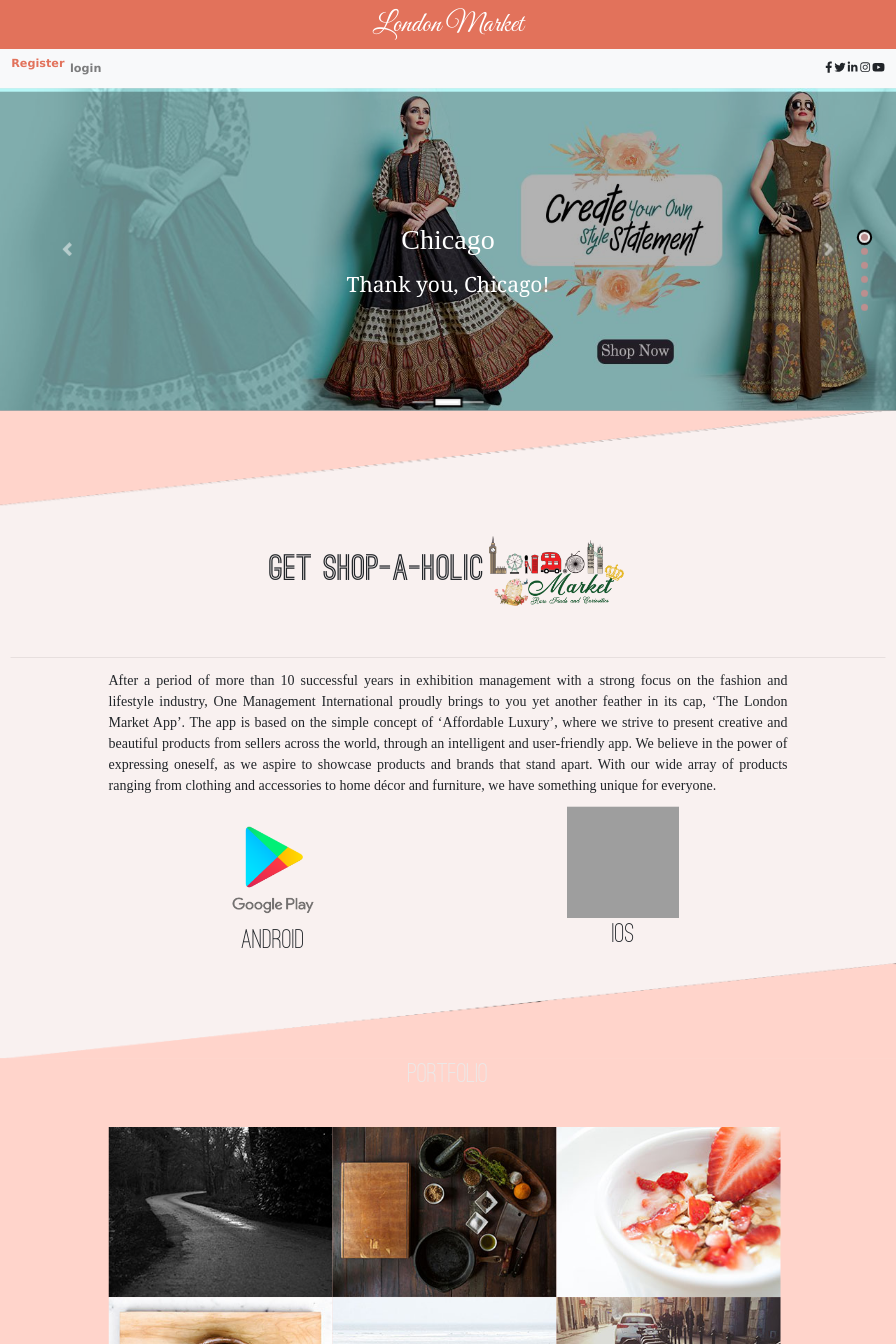
Repository: Demonster1999/newshoperrepo
Page: index.html
These files come from the project's save history. The page is drawn as it stood at one moment and after the next save; the edit follows.
The browser window is 1280 px wide. The pictures show the part of the page from y = 0 to 1920 px (the page is 4103 px tall before and 4088 px after), at 70% of full size.
Pictures or frames that could not be fetched are drawn as grey boxes. Some web libraries are served in a nearby version.

Above is the page before, as saved 2020-07-21 13:15:57.
Console error: TypeError: Cannot read properties of null (reading 'getContext')

### index.html
<!DOCTYPE html>
<head>
	<meta charset="UTF-8">
	<title>London Market</title>
	<meta name="keywords" content="" />
	<meta name="description" content="" />
    <meta name="viewport" content="width=device-width, initial-scale=1.0">
    <!--
    	Roller Template
		http://www.london-market.com/preview/london-market_424_roller
	-->
	<link rel="stylesheet" href="https://fonts.googleapis.com/css2?family=Great+Vibes">
	<link href="http://fonts.googleapis.com/css?family=Open+Sans:300,400,700" rel="stylesheet" type="text/css">
	<!-- <link href="css/font-awesome.min.css" rel="stylesheet">FontAwesome Icons -->
	<link rel="stylesheet" href="https://cdnjs.cloudflare.com/ajax/libs/font-awesome/5.14.0/css/all.min.css"
		integrity="sha512-1PKOgIY59xJ8Co8+NE6FZ+LOAZKjy+KY8iq0G4B3CyeY6wYHN3yt9PW0XpSriVlkMXe40PTKnXrLnZ9+fkDaog=="
		crossorigin="anonymous" />
	<link rel="stylesheet" href="https://maxcdn.bootstrapcdn.com/bootstrap/4.0.0/css/bootstrap.min.css" integrity="sha384-Gn5384xqQ1aoWXA+058RXPxPg6fy4IWvTNh0E263XmFcJlSAwiGgFAW/dAiS6JXm" crossorigin="anonymous">
	<link rel="stylesheet" href="fonts/ostrich-sans.css">
	<link href="css/LondonMarket.css" rel="stylesheet" type="text/css">
	<link rel="stylesheet" href="css/into-to-app.css">
	<link rel="stylesheet" href="css/navbar.css">
	<link rel="stylesheet" href="css/carousel.css">

</head>
<body>
	<nav class="navbar custom-nav sticky-top p-0 m-0 ">
		<a class="navbar-brand mx-auto text-white" style="font-family: Great Vibes; font-size: 40px;" href="#">London Market</a>

	  </nav>

	<nav class="navbar third-nav navbar-expand-lg navbar-light bg-light">

		<button class="navbar-toggler navbar-toggler-icon" type="button" data-toggle="collapse" data-target="#navbarSupportedChontent"
			aria-controls="navbarSupportedContent" aria-expanded="false" aria-label="Toggle navigation">
			<span class=""></span>
		</button>


		<div class="collapse navbar-collapse" id="navbarSupportedContent">
			<ul class="navbar-nav mr-auto text-center">

				<li class="">
					<a class=" " href="#">Register</a>
				</li>
				<li class="nav-item ">
					<a class="nav-link" href="#">login</a>
				</li>


		</div>
		<div class="  mx-auto ">
			<!-- social icons  -->
			<button class="fab fa-facebook-f"></button>
			<button class="fab fa-twitter"></button>
			<button class="fab fa-linkedin-in"></button>
			<button class="fab fa-instagram"></button>
			<button class="fab fa-youtube"></button>
		</div>
	</nav>


	<!-- nav with dots  -->
	<nav class="nav">
        <ul>
            <li class="dot1 active" id="ec1" data-toggle="tooltip" data-placement="left" title="Tooltip on left"></li>
            <li class="dot2" id="ec2" data-toggle="tooltip" data-placement="left" title="Tooltip on left"></li>
            <li class="dot3" id="ec3"  data-toggle="tooltip" data-placement="left" title="Tooltip on left"></li>
			<li class="dot4" id="ec4"  data-toggle="tooltip" data-placement="left" title="Tooltip on left"></li>
			<li class="dot5" id="ec5"  data-toggle="tooltip" data-placement="left" title="Tooltip on left"></li>
			<li class="dot5" id="ec5"  data-toggle="tooltip" data-placement="left" title="Tooltip on left"></li>
        </ul>
    </nav>

		<section class="" id="home">
			<div id="demo" class="carousel slide" data-ride="carousel">
				<ul class="carousel-indicators">
					<li data-target="#demo" data-slide-to="0" class="active"></li>
					<li data-target="#demo" data-slide-to="1"></li>
					<li data-target="#demo" data-slide-to="2"></li>
					<!-- <li data-target="#demo" data-slide-to="3"></li> -->
				</ul>
				<div class="carousel-inner">
					<div class="carousel-item active">
						<img src="images/carousel/carousel1.jpg" alt="Los Angeles"   >
						<div class="carousel-caption">
							<h3>Los Angeles</h3>
							<p>We had such a great time in LA!</p>
						</div>
					</div>
					<div class="carousel-item">
						<img src="images/carousel/carousel4.jpg" alt="Chicago"  >
						<div class="carousel-caption">
							<h3>Chicago</h3>
							<p>Thank you, Chicago!</p>
						</div>
					</div>
					<div class="carousel-item">
						<img src="images/carousel/cp11.jpg" alt="Chicago" >
						<div class="carousel-caption">
							<h3>Chicago</h3>
							<p>Thank you, Chicago!</p>
						</div>
					</div>
					<!-- <div class="carousel-item">
						<img src="images/images/lmimages/Adobe_20200716_143015.png" alt="Chicago">
						<div class="carousel-caption">
							<h3>Chicago</h3>
							<p>Thank you, Chicago!</p>
						</div>
					</div> -->
					<!-- <div class="carousel-item">
						<img src="images/carousel/carousel3.jpg" alt="New York" class=" w-100" style="height: 300px; max-height: 500px;">
						<div class="carousel-caption">
							<h3>New York</h3>
							<p>We love the Big Apple!</p>
						</div>
					</div> -->
				</div>
				<a class="carousel-control-prev" href="#demo" data-slide="prev">
					<span class="carousel-control-prev-icon"></span>
				</a>
				<a class="carousel-control-next" href="#demo" data-slide="next">
					<span class="carousel-control-next-icon"></span>
				</a>
			</div>
		</section>

<section class=" intro-to-app container-fluid">
	<img src="images/tm-border-black-top.png" class="w-100 img-top" alt="">
	<div class="container-fluid text-center ">
		<h1 class="mx-auto i "> Get Shop-a-holic</h1>
		<img src="images/images/lmimages/lm.png" class="p-0 m-0" width=200px height="200px" alt="" >

		<hr>


		<div class="container ">
			<p class="lead text-justify">After a period of more than 10 successful years in exhibition management with a strong focus on the fashion and
			lifestyle industry, One Management International proudly brings to you yet another feather in its cap, ‘The London
			Market App’.
			The app is based on the simple concept of ‘Affordable Luxury’, where we strive to present creative and beautiful
			products from sellers across the world, through an intelligent and user-friendly app. We believe in the power of
			expressing oneself, as we aspire to showcase products and brands that stand apart. With our wide array of products
			ranging from clothing and accessories to home décor and furniture, we have something unique for everyone.
</p>
               <div class="row">
<div class="col-md-6 p-2 text-center">
	<a href="https://play.google.com/store/apps/details?id=com.prpwebs.londonmarket" class="h1"> <img src="images/logos/play store.png" class=" " width="160px" height="160px" alt="play">
		<center> Android</center>
	</a>
</div>
<div class="col-md-6 text-center">
	<a href="" class="h1"> <img src="images/logos/hiclipart.com.png" class=" " width="160px" height="160px" alt="app">
		<center>ios</center>
	</a>

</div>
			   </div>

		</div>
	</div>
	<img src="images/tm-border-black-bottom.png" class="w-100 imgbottom" alt="">
</section>





		<section class="tm-dark-bg tm-section" id="portfolio">
			<div class="container">
				<div class="row">
					<div class="col-lg-12 col-md-12 col-sm-12 col-xs-12 text-center">
						<h1 class="tm-light-gray-text text-center text-uppercase">Portfolio</h1>
						<div class="tm-portfolio-images-container margin-top-50">
							<div class="tm-image-container">
								<div class="tm-portfolio-image-overlay text-center">
									<div class="absolute-center">
										<a href="#" class="fa fa-search"></a>
										<h2 class="text-uppercase tm-white-text">Lorem</h2>
										<p class="text-uppercase">sagittis</p>
									</div>
								</div>
								<img src="images/portfolio/01.jpg" alt="Portfolio 1">
							</div>
							<div class="tm-image-container">
								<div class="tm-portfolio-image-overlay">
									<div class="absolute-center">
										<a href="#" class="fa fa-search"></a>
										<h2 class="text-uppercase tm-white-text">Dimperdiet</h2>
										<p class="text-uppercase">Aliquam</p>
									</div>
								</div>
								<img src="images/portfolio/02.jpg" alt="Portfolio 2">
							</div>
							<div class="tm-image-container">
								<div class="tm-portfolio-image-overlay">
									<div class="absolute-center">
										<a href="#" class="fa fa-search"></a>
										<h2 class="text-uppercase tm-white-text">Pellentesque</h2>
										<p class="text-uppercase">noemer</p>
									</div>
								</div>
								<img src="images/portfolio/03.jpg" alt="Portfolio 3">
							</div>
							<div class="tm-image-container">
								<div class="tm-portfolio-image-overlay">
									<div class="absolute-center">
										<a href="#" class="fa fa-search"></a>
										<h2 class="text-uppercase tm-white-text">Aenean</h2>
										<p class="text-uppercase">pharetra</p>
									</div>
								</div>
								<img src="images/portfolio/04.jpg" alt="Portfolio 4">
							</div>
							<div class="tm-image-container">
								<div class="tm-portfolio-image-overlay">
									<div class="absolute-center">
										<a href="#" class="fa fa-search"></a>
										<h2 class="text-uppercase tm-white-text">condimentum</h2>
										<p class="text-uppercase">libero</p>
									</div>
								</div>
								<img src="images/portfolio/05.jpg" alt="Portfolio 5">
							</div>
							<div class="tm-image-container">
								<div class="tm-portfolio-image-overlay">
									<div class="absolute-center">
										<a href="#" class="fa fa-search"></a>
										<h2 class="text-uppercase tm-white-text">nulla</h2>
										<p class="text-uppercase">consectetur</p>
									</div>
								</div>
								<img src="images/portfolio/06.jpg" alt="Portfolio 6">
							</div>
							<div class="tm-image-container tm-show-hide">
								<div class="tm-portfolio-image-overlay">
									<div class="absolute-center">
										<a href="#" class="fa fa-search"></a>
										<h2 class="text-uppercase tm-white-text">Rondimentum</h2>
										<p class="text-uppercase">Sdui</p>
									</div>
								</div>
								<img src="images/portfolio/07.jpg" alt="Portfolio 7">
							</div>
							<div class="tm-image-container tm-show-hide">
								<div class="tm-portfolio-image-overlay">
									<div class="absolute-center">
										<a href="#" class="fa fa-search"></a>
										<h2 class="text-uppercase tm-white-text">imperdiet</h2>
										<p class="text-uppercase">Raugue</p>
									</div>
								</div>
								<img src="images/portfolio/08.jpg" alt="Portfolio 8">
							</div>
							<div class="tm-image-container tm-show-hide">
								<div class="tm-portfolio-image-overlay">
									<div class="absolute-center">
										<a href="#" class="fa fa-search"></a>
										<h2 class="text-uppercase tm-white-text">blandit</h2>
										<p class="text-uppercase">Aliquam</p>
									</div>
								</div>
								<img src="images/portfolio/09.jpg" alt="Portfolio 9">
							</div>
							<div class="tm-image-container tm-show-hide">
								<div class="tm-portfolio-image-overlay">
									<div class="absolute-center">
										<a href="#" class="fa fa-search"></a>
										<h2 class="text-uppercase tm-white-text">Praesent</h2>
										<p class="text-uppercase">Aliquam</p>
									</div>
								</div>
								<img src="images/portfolio/10.jpg" alt="Portfolio 10">
							</div>
							<div class="tm-image-container tm-show-hide">
								<div class="tm-portfolio-image-overlay">
									<div class="absolute-center">
										<a href="#" class="fa fa-search"></a>
										<h2 class="text-uppercase tm-white-text">Dimperdiet</h2>
										<p class="text-uppercase">Aliquam</p>
									</div>
								</div>
								<img src="images/portfolio/11.jpg" alt="Portfolio 11">
							</div>
							<div class="tm-image-container tm-show-hide">
								<div class="tm-portfolio-image-overlay">
									<div class="absolute-center">
										<a href="#" class="fa fa-search"></a>
										<h2 class="text-uppercase tm-white-text">Dimperdiet</h2>
										<p class="text-uppercase">Aliquam</p>
									</div>
								</div>
								<img src="images/portfolio/12.jpg" alt="Portfolio 12">
							</div>
						</div>
						<a href="javascript:;" class="tm-view-more tm-light-gray-text margin-top-50 text-center text-uppercase">View More</a>
					</div>
				</div>
			</div>
		</section> <!-- portfolio -->
		<section class="tm-section bg-white" id="testimonials" >
			<img src="images/tm-border-black-top.png" alt="Border" class="tm-border">
			<div class="container">
				<h1 class="text-uppercase text-center">Testimonials</h1>
				<div class="text-center margin-top-50 tm-testimonial-images-container">
					<div class="img-container">
						<div class="tm-img-circle-border absolute-center" data-comment="Sed velit elit, ornare cursus ex ac, tempor viverra mi. Vestibulum tincidunt egestas tellus, vel pharetra ante tincidunt sit amet. Vestibulum vitae velit eget metus interdum interdum." data-author="Jennifer Ves Tin" id="author1">
							<img src="images/testimonials/1.jpg" alt="Testimonial 1" class="img-circle tm-img-testimonial">
						</div>
					</div>
					<div class="img-container">
						<div class="tm-img-circle-border absolute-center" data-comment="Morbi posuere metus quam, vitae tempus nulla vehicula eu. Etiam vitae nunc faucibus, iaculis tellus eu, molestie turpis. Nam quis consequat leo. Nulla ac erat in libero porta commodo. Phasellus fringilla pharetra ullamcorper." data-author="Alicia Nulla Act" id="author2">
							<img src="images/testimonials/2.jpg" alt="Testimonial 2" class="img-circle tm-img-testimonial">
						</div>
					</div>
					<div class="img-container">
						<div class="tm-img-circle-border absolute-center active" data-comment="Suspendisse a maximus sem. Pellentesque consequat finibus metus a varius. Morbi placerat suscipit mi, in tincidunt ligula lobortis porttitor. Mauris mollis, ex sit amet sagittis elementum, tellus quam vestibulum ex, vitae cursus massa tortor et tortor." data-author="Dacilisis Luctus" id="author3">
							<img src="images/testimonials/3.jpg" alt="Testimonial 3" class="img-circle tm-img-testimonial">
						</div>

					</div>
					<div class="img-container">
						<div class="tm-img-circle-border absolute-center" data-comment="Donec laoreet nisl vel nisi posuere tempus quis at tortor. Curabitur egestas elementum est sit amet gravida. Quisque maximus diam eu turpis malesuada, in interdum massa efficitur. Vestibulum blandit pellentesque ipsum a fermentum. Duis id rutrum leo." data-author="Jessica Nisi Vel" id="author4">
							<img src="images/testimonials/4.jpg" alt="Testimonial 4" class="img-circle tm-img-testimonial">
						</div>
					</div>
					<div class="img-container">
						<div class="tm-img-circle-border absolute-center" data-comment="Integer aliquam nibh nulla, id elementum purus tempus quis. Etiam eu massa condimentum, consectetur turpis et, semper diam. Vivamus mauris ipsum, bibendum non tempor nec, ultricies a leo. Fusce eu efficitur diam. Praesent vel mi viverra leo finibus maximus sed in ipsum." data-author="Malicia Viva Fusce" id="author5">
							<img src="images/testimonials/5.jpg" alt="Testimonial 5" class="img-circle tm-img-testimonial">
						</div>
					</div>
				</div>
				<p class="text-center margin-top-50 tm-comment"><em>This is a place holder for different description text.</em></p>
				<p class="text-uppercase text-center tm-author tm-orange-text">Author Name</p>
				<hr class="tm-author-name-underline">
			</div>
		</section> <!-- testimonials -->
		<section class="tm-section tm-orange-bg" id="contact" >
			<img src="images/tm-border-white-top.png" alt="Border" class="tm-border">
			<div class="container">
				<h1 class="text-uppercase text-center">Contact Us</h1>
				<p class="text-center margin-top-50">Phasellus sed rutrum quam. Aenean mollis nec metus quis fringilla. Aliquam interdum risus quis sem rhoncus, vel iaculis lorem pulvinar. Maecenas in lorem non quam bibendum auctor vel lobortis sem.</p>
				<div class="row margin-top-50">
					<div class="col-lg-6 col-md-6 col-sm-6 col-xs-12">
						<div id="map-canvas"></div>
					</div>
					<div class="col-lg-6 col-md-6 col-sm-6 col-xs-12">
						<form action="#" method="post" class="tm-contact-form">
							<div class="form-group">
								<input type="text" id="contact_name" class="form-control" placeholder="NAME..." />
							</div>
							<div class="form-group">
								<input type="text" id="contact_email" class="form-control" placeholder="EMAIL..." />
							</div>
							<div class="form-group">
								<input type="text" id="contact_subject" class="form-control" placeholder="SUBJECT..." />
							</div>
							<div class="form-group">
								<textarea id="contact_message" class="form-control" rows="8" placeholder="WRITE A MESSAGE..."></textarea>
							</div>
							<button type="submit" class="btn text-uppercase tm-dark-bg tm-orange-text tm-send-btn">Send</button>
						</form>
					</div>
				</div>
			</div>
			<img src="images/tm-border-black-bottom.png" alt="Border" class="tm-border">
		</section> <!-- contact -->


	<footer class="text-right tm-dark-bg">
		<p class="text-uppercase container small">Copyright &copy; 2084 <a href="#">Company Name</a></p>
	</footer>
	<script src="js/jquery-1.11.1.min.js" ></script>
	<!-- <script src="https://code.jquery.com/jquery-3.5.1.min.js"
		integrity="sha256-9/aliU8dGd2tb6OSsuzixeV4y/faTqgFtohetphbbj0=" crossorigin="anonymous"></script> -->
		<script src="https://cdnjs.cloudflare.com/ajax/libs/font-awesome/5.14.0/js/all.min.js"
			integrity="sha512-YSdqvJoZr83hj76AIVdOcvLWYMWzy6sJyIMic2aQz5kh2bPTd9dzY3NtdeEAzPp/PhgZqr4aJObB3ym/vsItMg=="
			crossorigin="anonymous"></script>
<script src="https://cdnjs.cloudflare.com/ajax/libs/popper.js/1.12.9/umd/popper.min.js" integrity="sha384-ApNbgh9B+Y1QKtv3Rn7W3mgPxhU9K/ScQsAP7hUibX39j7fakFPskvXusvfa0b4Q" crossorigin="anonymous"></script>
<script src="https://maxcdn.bootstrapcdn.com/bootstrap/4.0.0/js/bootstrap.min.js" integrity="sha384-JZR6Spejh4U02d8jOt6vLEHfe/JQGiRRSQQxSfFWpi1MquVdAyjUar5+76PVCmYl" crossorigin="anonymous"></script>
	<script src="js/LondonMarket.js"></script>
	<script src="js/scrollnav.js"></script>
</body>
</html>

### css/into-to-app.css
.intro-to-app{

    padding: 0;
    background-color:#F9F1F0;

}
.intro-to-app img{
    display: inline;
}
.intro-to-app h1{
    font-family: ostrich sans ;
    font-weight: bold;
    display: inline;
    font-size: 50px;

}
.intro-to-app p{
    font-family: hevletica;

}
.imgbottom{
    width: 200%;
    margin: 0;

    position: relative;

}

.img-top{
    margin: 0;
    position: relative;



}

### css/navbar.css
.custom-nav {
    background-color: #e2725b;

}
.custom-nav {
    color: #fff;
    font-size: 25px;

}


.third-nav a{
    color: black;
    font-family: 'Lucida Sans', 'Lucida Sans Regular', 'Lucida Grande', 'Lucida Sans Unicode', Geneva, Verdana, sans-serif;
    font-weight: bold;
    color: #e2725b;
}

.nav {
    position: fixed;
    top: 45%;
    bottom: 30%;
    right: 0;
	width: 60px;
	z-index: 50;
}

.nav ul {
	list-style: none;
}


.nav li {
    width: 10px;
	height: 10px;
	margin: 10px;
    border-radius: 100%;
    background-color: rosybrown;
    cursor: pointer;
    transition: .5s;
}

.dot1 {
    background-color: rgb(82, 43, 43);
}

.dot2 {
    background-color: rgb(24, 73, 44);
}

.dot3 {
    background-color: rgb(73, 58, 204);
}

.dot4 {
    background-color: rgb(58, 70, 31);
}

.active {
    box-shadow: 0 0 0 3px #fffffff1, 0 0 0 6px #000;
}

### css/carousel.css
#home .carousel-inner img {
    min-width: 100%;
    min-height: 320px;
    max-height: 500px;
    max-resolution: 0;
  }


  #home .carousel-inner .carousel-caption{
    position: absolute;
    font-size: 30px;
    background-color: rgba(0,0, 0, 0.3);
    width: 100%;
    margin: 0;
    left: 0;
    right: 0;
    height: 100%;
    top: 5px;

  }

    #home .carousel-inner .carousel-caption h3{
      position: relative;
      top: 40%;
      font-family:fantasy;

      font-size: 40px;
    }
    #home .carousel-inner .carousel-caption p{
      position: relative;
      top: 42%;
      font-family: Cambria, Cochin, Georgia, Times, 'Times New Roman', serif;

    }
    .carousel-control-prev,.carousel-control-next{
      z-index: 50;
    }

Loaded but not shown: fonts/ostrich-sans.css (common file); js/jquery-1.11.1.min.js (library); js/LondonMarket.js (359 lines, source omitted); js/scrollnav.js (48 lines, source omitted); css/LondonMarket.css (433 lines, source omitted)

After the next save:
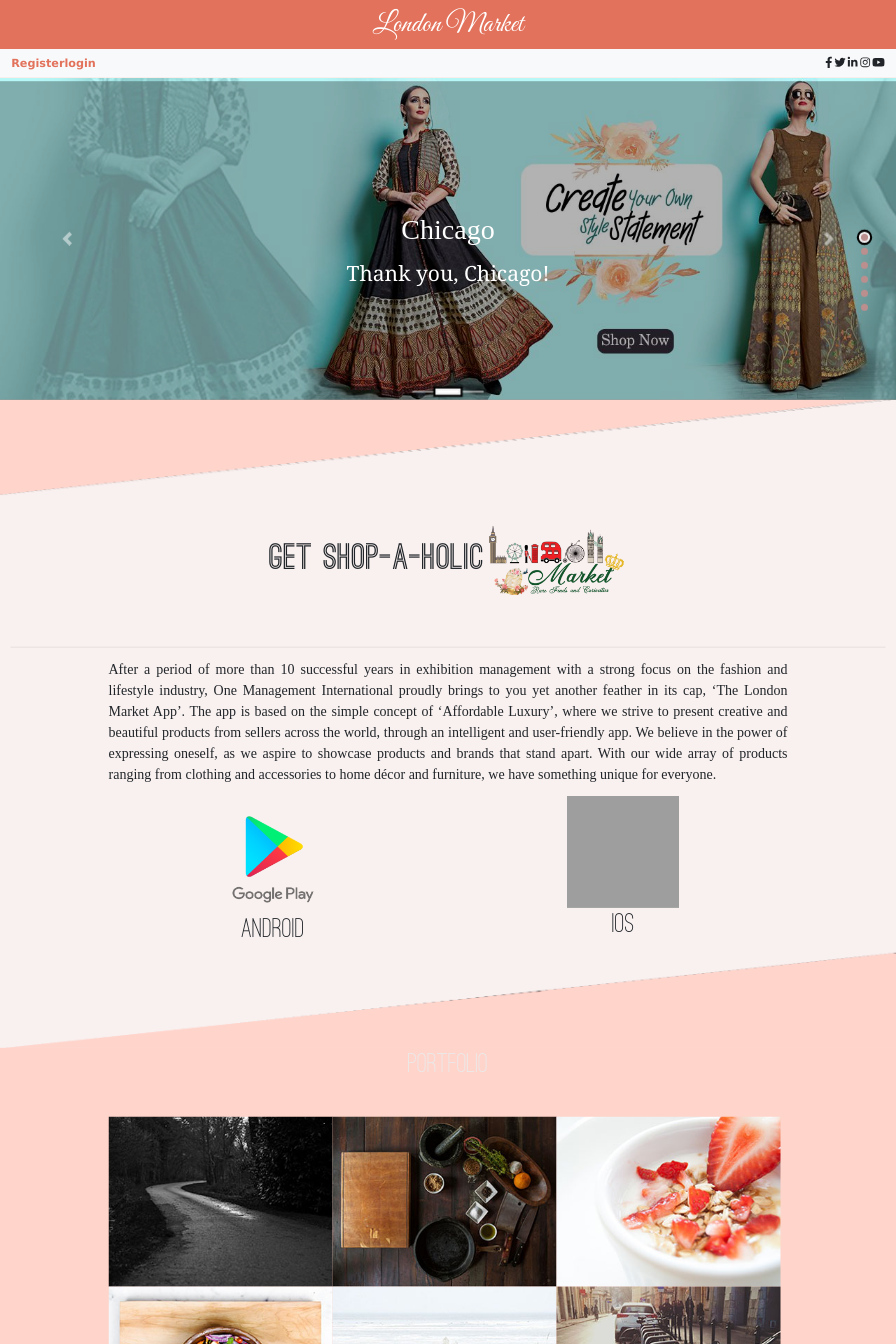
Saved 5 s later.
--- a/index.html
+++ b/index.html
@@ -44,7 +44,7 @@
 					<a class=" " href="#">Register</a>
 				</li>
 				<li class="nav-item ">
-					<a class="nav-link" href="#">login</a>
+					<a class="" href="#">login</a>
 				</li>
 
 
